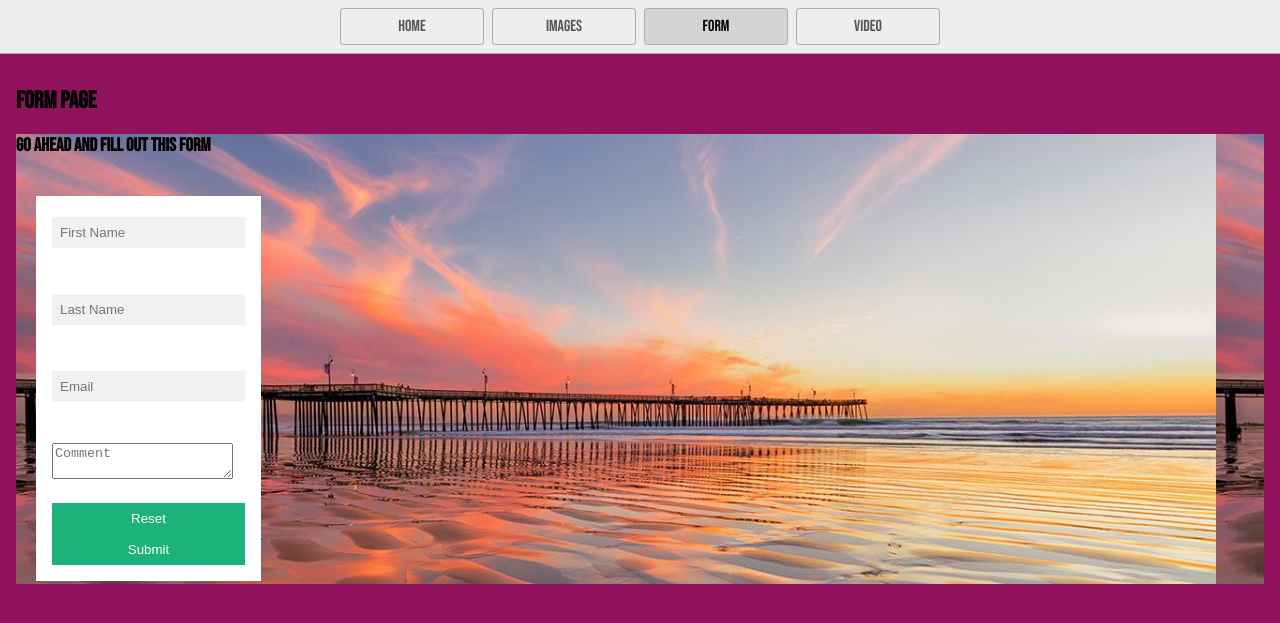
Repository: sebas6292/palmTree-Final
Page: Form.html
The author's editor kept a copy of each file at every save. The page is drawn from the files as they stood at one save, then again after the next save.
The browser window is 1280 px wide. The pictures show the whole page.

Above is the page before, as saved 2023-05-28 12:36:16.

After the next save:
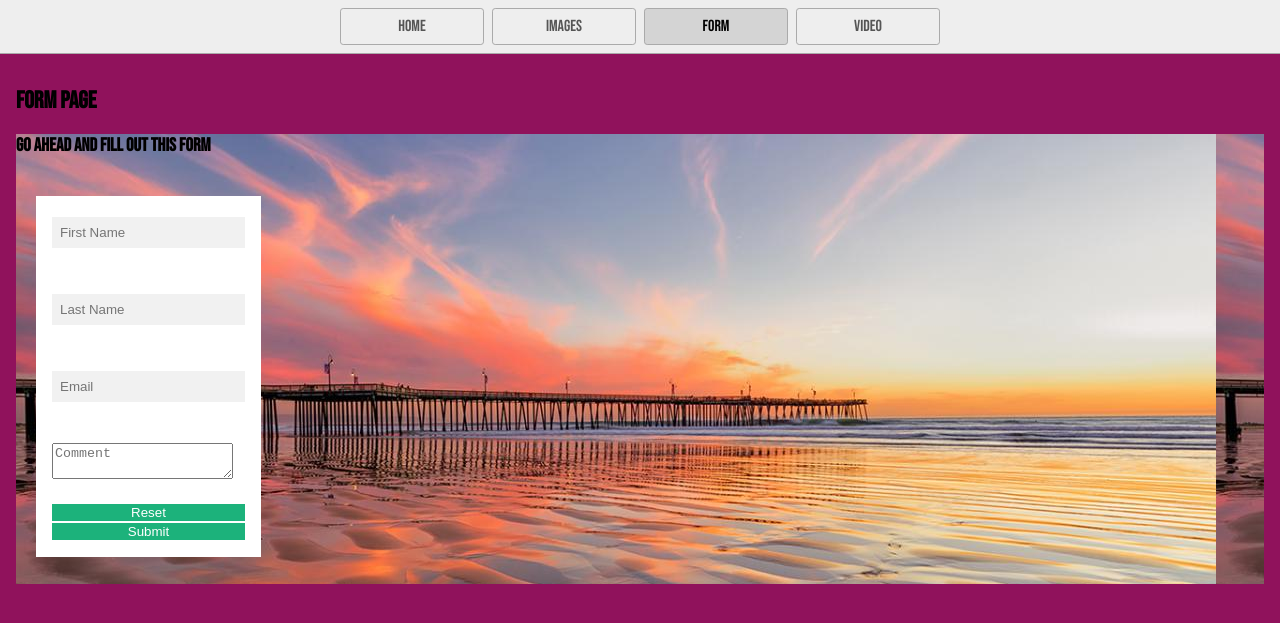
Saved 6 s later.
--- a/styles.css
+++ b/styles.css
@@ -78,7 +78,7 @@
   .btn {
     background-color: #04AA6D;
     color: white;
-    padding: 8px 10px;
+    /* padding: 8px 10px; */
     border: none;
     cursor: pointer;
     width: 100%;
